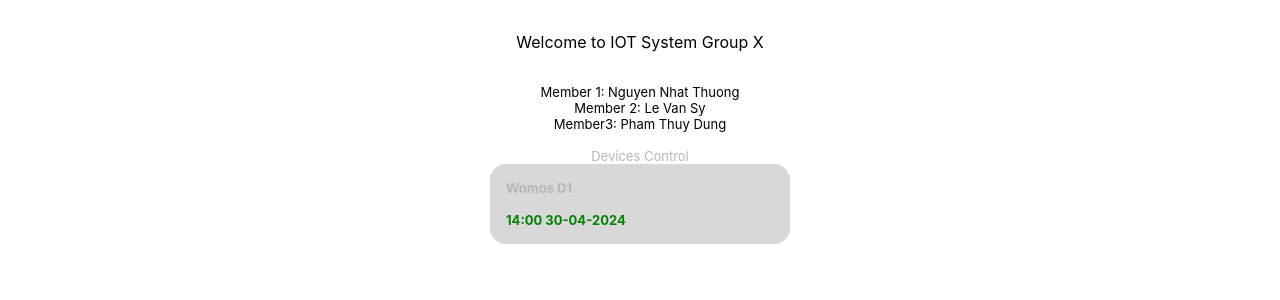
Repository: ngnhthuong/IOT_LAB
Page: /
These files come from the project's save history. The page is drawn as it stood at one moment and after the next save; the edit follows.
The browser window is 1280 px wide. The pictures show the whole page.
The project was rebuilt for these pictures with package versions that can differ from the ones it lists, and the page was loaded fresh each time.

Above is the page before, as saved 2024-04-23 14:49:34.

### src/App.js
import "./App.css";

function App() {
  return (
    <div className="main">
      <div></div>
      <div className="welcome-name">Welcome to IOT System Group X</div>
      <div className="member-name">
        <div className="member">Member 1: Nguyen Nhat Thuong</div>
        <div className="member">Member 2: Le Van Sy</div>
        <div className="member">Member3: Pham Thuy Dung</div>
      </div>
      <div className="device">Devices Control</div>
      <div className="main_device">
        <div className="device">
          <div className="info"></div>
          <div className="device_img"></div>
        </div>
        <div className="device">
          <div className="info">
            <div className="name">Womos D1</div>

            <div className="time">
              <div className="status"></div>14:00 30-04-2024</div>
          </div>
          <div className="device_img"></div>
        </div>
      </div>
    </div>
  );
}

export default App;

### src/App.css
* {
  margin: 0;
  padding: 0;
  box-sizing: border-box;
}

.main{
  width: 100vw;
  height: 100vh;
  display: flex;
  align-items: center;
  flex-direction: column;
}

.welcome-name{
  display: flex;
  justify-content: center;
  padding: 2rem;
  /* width: 500px; */
}

.member-name{
  display: flex;
  flex-direction: column;
  /* width: 250px; */
  font-size: 13px;
  align-items: center;
  padding-bottom: 1rem;
}

.member{
  display: flex;
  left: 0;
}

.device{
  font-size: 13px;
  color: rgb(182, 182, 182);
  left: 0;
}

.main_device{
  width: 300px;
  height: auto;
  background-color: rgb(216, 216, 216);
  border-radius: 1rem;
  padding: 1rem;
}

.info{
  display: flex;
  justify-content: center;
  flex-direction: column;
  gap: 1rem;
}

.name{
  font-weight: bold;
}

.time{
  color: green;
  font-weight: bold;
}

.status{
  width: ;
}

Loaded but not shown: public/index.html (common file); src/index.js (common file); src/index.css (common file)

After the next save:
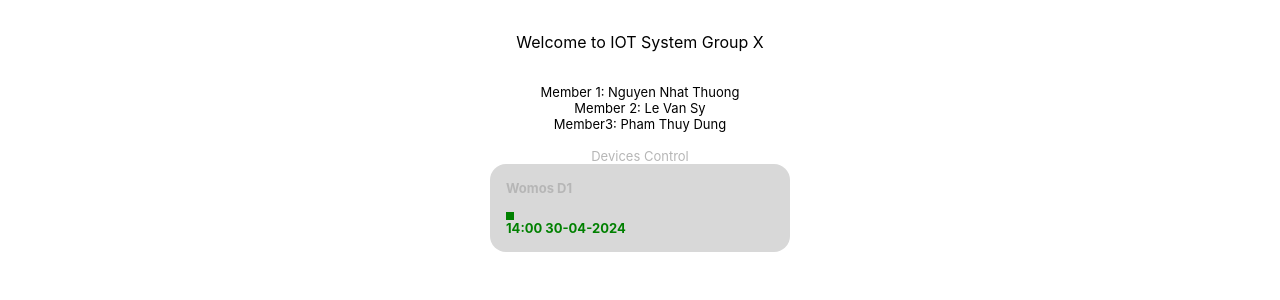
Saved 14 s later.
--- a/src/App.css
+++ b/src/App.css
@@ -64,5 +64,7 @@
 }
 
 .status{
-  width: ;
+  width: 0.5rem;
+  height: 0.5rem;
+  background-color: green;
 }
